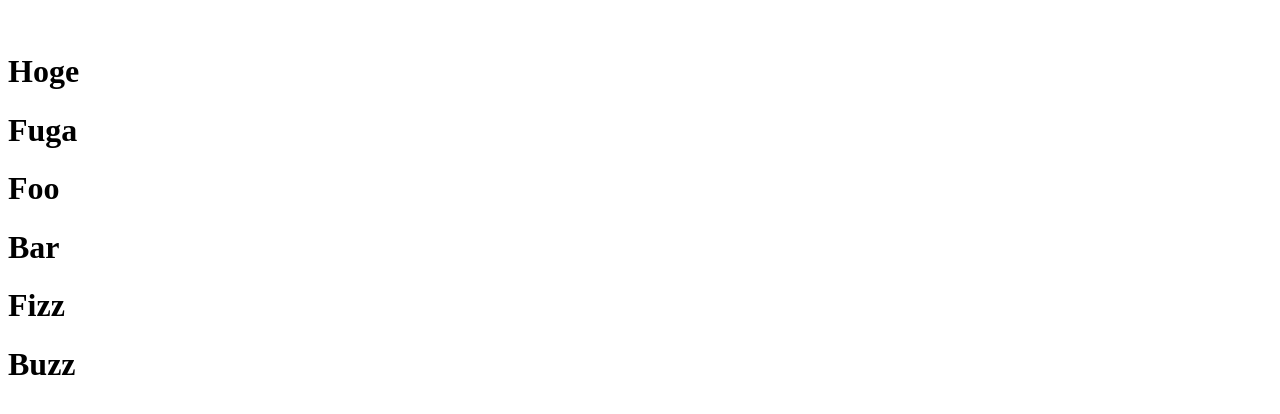
Repository: taisukesan/samurai_HTML-CSS
Page: hoge.html
The author's editor kept a record of every edit. The page is drawn from the files as they stood at one moment, then again after the next edit.
The browser window is 1280 px wide. The pictures show the whole page.

Above is the page before.

### hoge.html
<!DOCTYPE html>
<html lang="ja">
<head>　　<meta charset="UTF-8">
        <meta name="viewport" content="width=device-width, initial-scale=1">
        <style>
        .media {
           background-color: blue;
        }

        @media screen and (min-width:480px){
            .media{
                background-color: red;
            }
        }

        @media screen and (min-width:640px)   {
            .media{
                background-color: green;
            }
        }

    </style>
</head>
<body>
    <div id="grid">
        <h1>Hoge</h1>
        <h1>Fuga</h1>
        <h1>Foo</h1>
        <h1>Bar</h1>
        <h1>Fizz</h1>
        <h1>Buzz</h1>
        <h1></h1>
    </div>
</body>
</html>

After the next edit:
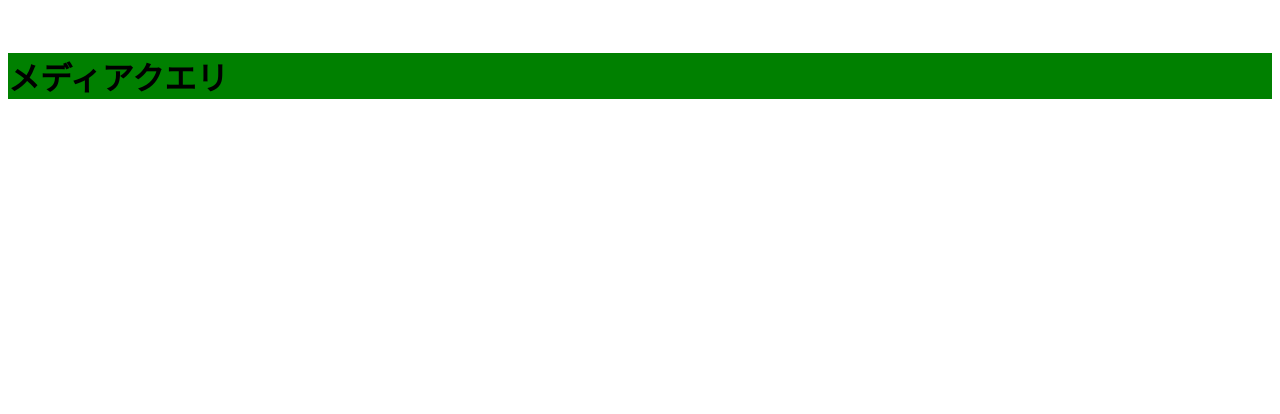
The edit:
--- a/hoge.html
+++ b/hoge.html
@@ -22,14 +22,8 @@
     </style>
 </head>
 <body>
-    <div id="grid">
-        <h1>Hoge</h1>
-        <h1>Fuga</h1>
-        <h1>Foo</h1>
-        <h1>Bar</h1>
-        <h1>Fizz</h1>
-        <h1>Buzz</h1>
-        <h1></h1>
+    <div class="media">
+        <h1>メディアクエリ</h1>
     </div>
 </body>
 </html>
